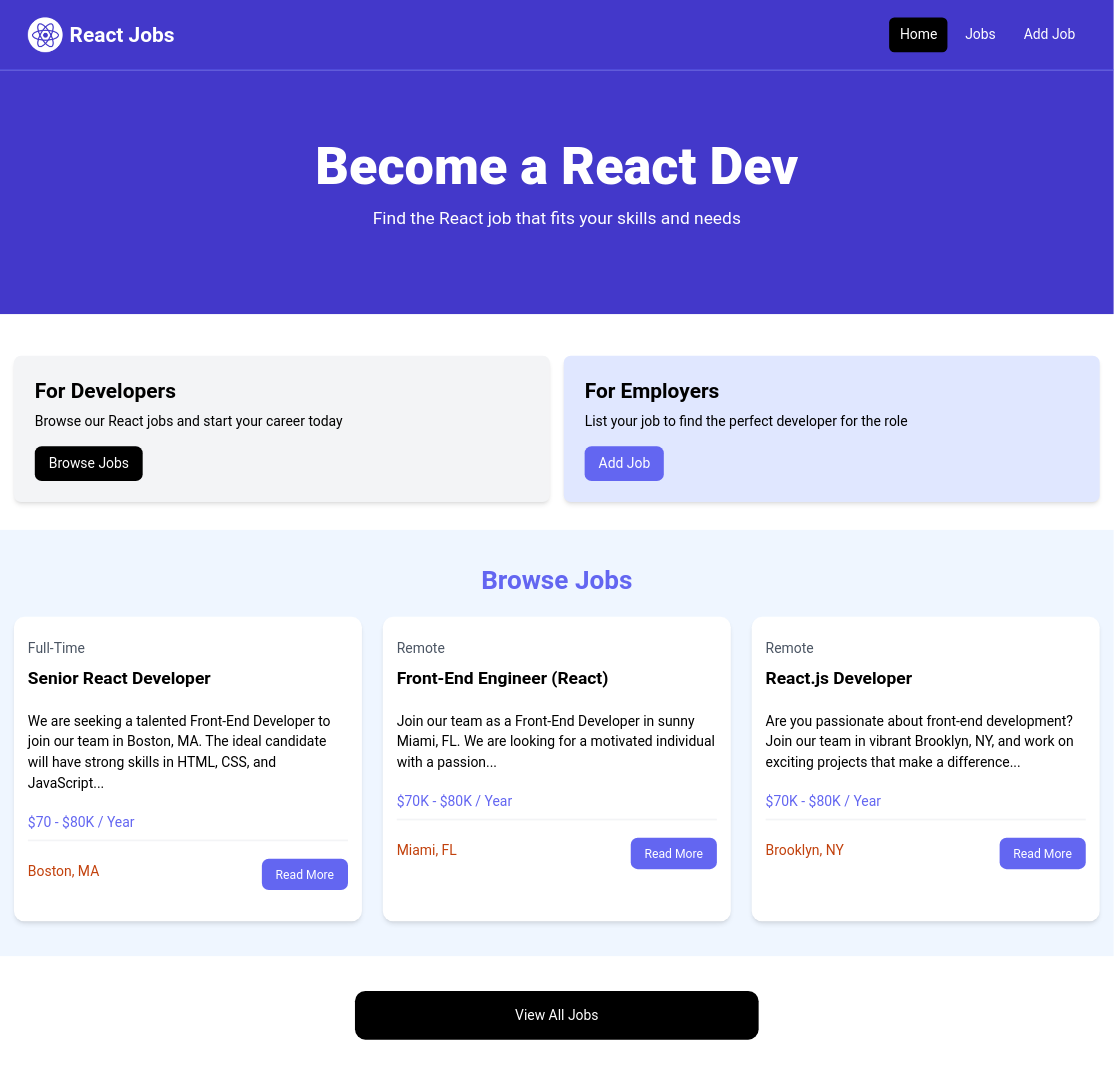
Repository: Geohot-2020/React_setup
Page: / (app in react-crash-2024/)
The author's editor kept a copy of each file at every save. The page is drawn from the files as they stood at one save, then again after the next save.
The browser window is 1280 px wide. The pictures show the whole page, at 87% of full size.
The project was rebuilt for these pictures with package versions that can differ from the ones it lists, and the page was loaded fresh each time. Also part of the build but not shown: react-crash-2024/vite.config.js.

Above is the page before, as saved 2024-11-13 15:21:59.

### react-crash-2024/src/App.jsx
import React from 'react'
import Navbar from './components/Navbar'
import Hero from './components/Hero'
Hero
Navbar
const App = () => {
  return (
    <>
      <Navbar />

      <Hero title="Test Title" subtitle="this is the subtitle"/>

      {/* <!-- Developers and Employers --> */}
      <section className="py-4">
        <div className="container-xl lg:container m-auto">
          <div className="grid grid-cols-1 md:grid-cols-2 gap-4 p-4 rounded-lg">
            <div className="bg-gray-100 p-6 rounded-lg shadow-md">
              <h2 className="text-2xl font-bold">For Developers</h2>
              <p className="mt-2 mb-4">
                Browse our React jobs and start your career today
              </p>
              <a
                href="/jobs.html"
                className="inline-block bg-black text-white rounded-lg px-4 py-2 hover:bg-gray-700"
              >
                Browse Jobs
              </a>
            </div>
            <div className="bg-indigo-100 p-6 rounded-lg shadow-md">
              <h2 className="text-2xl font-bold">For Employers</h2>
              <p className="mt-2 mb-4">
                List your job to find the perfect developer for the role
              </p>
              <a
                href="/add-job.html"
                className="inline-block bg-indigo-500 text-white rounded-lg px-4 py-2 hover:bg-indigo-600"
              >
                Add Job
              </a>
            </div>
          </div>
        </div>
      </section>

      {/* <!-- Browse Jobs --> */}
      <section className="bg-blue-50 px-4 py-10">
        <div className="container-xl lg:container m-auto">
          <h2 className="text-3xl font-bold text-indigo-500 mb-6 text-center">
            Browse Jobs
          </h2>
          <div className="grid grid-cols-1 md:grid-cols-3 gap-6">
            {/* <!-- Job Listing 1 --> */}
            <div className="bg-white rounded-xl shadow-md relative">
              <div className="p-4">
                <div className="mb-6">
                  <div className="text-gray-600 my-2">Full-Time</div>
                  <h3 className="text-xl font-bold">Senior React Developer</h3>
                </div>

                <div className="mb-5">
                  We are seeking a talented Front-End Developer to join our team in Boston, MA. The ideal candidate will have strong skills in HTML, CSS, and JavaScript...
                </div>

                <h3 className="text-indigo-500 mb-2">$70 - $80K / Year</h3>

                <div className="border border-gray-100 mb-5"></div>

                <div className="flex flex-col lg:flex-row justify-between mb-4">
                  <div className="text-orange-700 mb-3">
                    <i className="fa-solid fa-location-dot text-lg"></i>
                    Boston, MA
                  </div>
                  <a
                    href="job.html"
                    className="h-[36px] bg-indigo-500 hover:bg-indigo-600 text-white px-4 py-2 rounded-lg text-center text-sm"
                  >
                    Read More
                  </a>
                </div>
              </div>
            </div>
            {/* <!-- Job Listing 2 --> */}
            <div className="bg-white rounded-xl shadow-md relative">
              <div className="p-4">
                <div className="mb-6">
                  <div className="text-gray-600 my-2">Remote</div>
                  <h3 className="text-xl font-bold">Front-End Engineer (React)</h3>
                </div>

                <div className="mb-5">
                  Join our team as a Front-End Developer in sunny Miami, FL. We are looking for a motivated individual with a passion...
                </div>

                <h3 className="text-indigo-500 mb-2">$70K - $80K / Year</h3>

                <div className="border border-gray-100 mb-5"></div>

                <div className="flex flex-col lg:flex-row justify-between mb-4">
                  <div className="text-orange-700 mb-3">
                    <i className="fa-solid fa-location-dot text-lg"></i>
                    Miami, FL
                  </div>
                  <a
                    href="job.html"
                    className="h-[36px] bg-indigo-500 hover:bg-indigo-600 text-white px-4 py-2 rounded-lg text-center text-sm"
                  >
                    Read More
                  </a>
                </div>
              </div>
            </div>
            {/* <!-- Job Listing 3 --> */}
            <div className="bg-white rounded-xl shadow-md relative">
              <div className="p-4">
                <div className="mb-6">
                  <div className="text-gray-600 my-2">Remote</div>
                  <h3 className="text-xl font-bold">React.js Developer</h3>
                </div>

                <div className="mb-5">
                  Are you passionate about front-end development? Join our team in vibrant Brooklyn, NY, and work on exciting projects that make a difference...
                </div>

                <h3 className="text-indigo-500 mb-2">$70K - $80K / Year</h3>

                <div className="border border-gray-100 mb-5"></div>

                <div className="flex flex-col lg:flex-row justify-between mb-4">
                  <div className="text-orange-700 mb-3">
                    <i className="fa-solid fa-location-dot text-lg"></i>
                    Brooklyn, NY
                  </div>
                  <a
                    href="job.html"
                    className="h-[36px] bg-indigo-500 hover:bg-indigo-600 text-white px-4 py-2 rounded-lg text-center text-sm"
                  >
                    Read More
                  </a>
                </div>
              </div>
            </div>
          </div>
        </div>
      </section>

      <section className="m-auto max-w-lg my-10 px-6">
        <a
          href="jobs.html"
          className="block bg-black text-white text-center py-4 px-6 rounded-xl hover:bg-gray-700"
        >View All Jobs</a
        >
      </section>
    </>
  )
}

export default App

### react-crash-2024/src/components/Navbar.jsx
import React from 'react'
import logo from '../assets/images/logo.png'
const Navbar = () => {
    return (
        <nav className="bg-indigo-700 border-b border-indigo-500">
            <div className="mx-auto max-w-7xl px-2 sm:px-6 lg:px-8">
                <div className="flex h-20 items-center justify-between">
                    <div
                        className="flex flex-1 items-center justify-center md:items-stretch md:justify-start"
                    >
                        {/* <!-- Logo --> */}
                        <a className="flex flex-shrink-0 items-center mr-4" href="/index.html">
                            <img
                                className="h-10 w-auto"
                                src={logo}
                                alt="React Jobs"
                            />
                            <span className="hidden md:block text-white text-2xl font-bold ml-2"
                            >React Jobs</span
                            >
                        </a>
                        <div className="md:ml-auto">
                            <div className="flex space-x-2">
                                <a
                                    href="/index.html"
                                    className="text-white bg-black hover:bg-gray-900 hover:text-white rounded-md px-3 py-2"
                                >Home</a
                                >
                                <a
                                    href="/jobs.html"
                                    className="text-white hover:bg-gray-900 hover:text-white rounded-md px-3 py-2"
                                >Jobs</a
                                >
                                <a
                                    href="/add-job.html"
                                    className="text-white hover:bg-gray-900 hover:text-white rounded-md px-3 py-2"
                                >Add Job</a
                                >
                            </div>
                        </div>
                    </div>
                </div>
            </div>
        </nav>
    )
}

export default Navbar

### react-crash-2024/src/components/Hero.jsx
import React from 'react'

const Hero = (props) => {
    return (
        <section className="bg-indigo-700 py-20 mb-4">
            <div
                className="max-w-7xl mx-auto px-4 sm:px-6 lg:px-8 flex flex-col items-center"
            >
                <div className="text-center">
                    <h1
                        className="text-4xl font-extrabold text-white sm:text-5xl md:text-6xl"
                    >
                        Become a React Dev
                    </h1>
                    <p className="my-4 text-xl text-white">
                        Find the React job that fits your skills and needs
                    </p>
                </div>
            </div>
        </section>
    )
}

export default Hero

### react-crash-2024/tailwind.config.js
/** @type {import('tailwindcss').Config} */
export default {
  content: [
    "./index.html",
    "./src/**/*.{js,ts,jsx,tsx}",
  ],
  theme: {
    extend: {
      fontFamily: {
        sans: ['Roboto', 'sans-serif'],
      },
      gridTemplateColumns: {
        '70/30': '70% 28%',
      },
    },
  },
  plugins: [],
}

Loaded but not shown: react-crash-2024/index.html (common file); react-crash-2024/src/main.jsx (common file); react-crash-2024/src/index.css (common file)

After the next save:
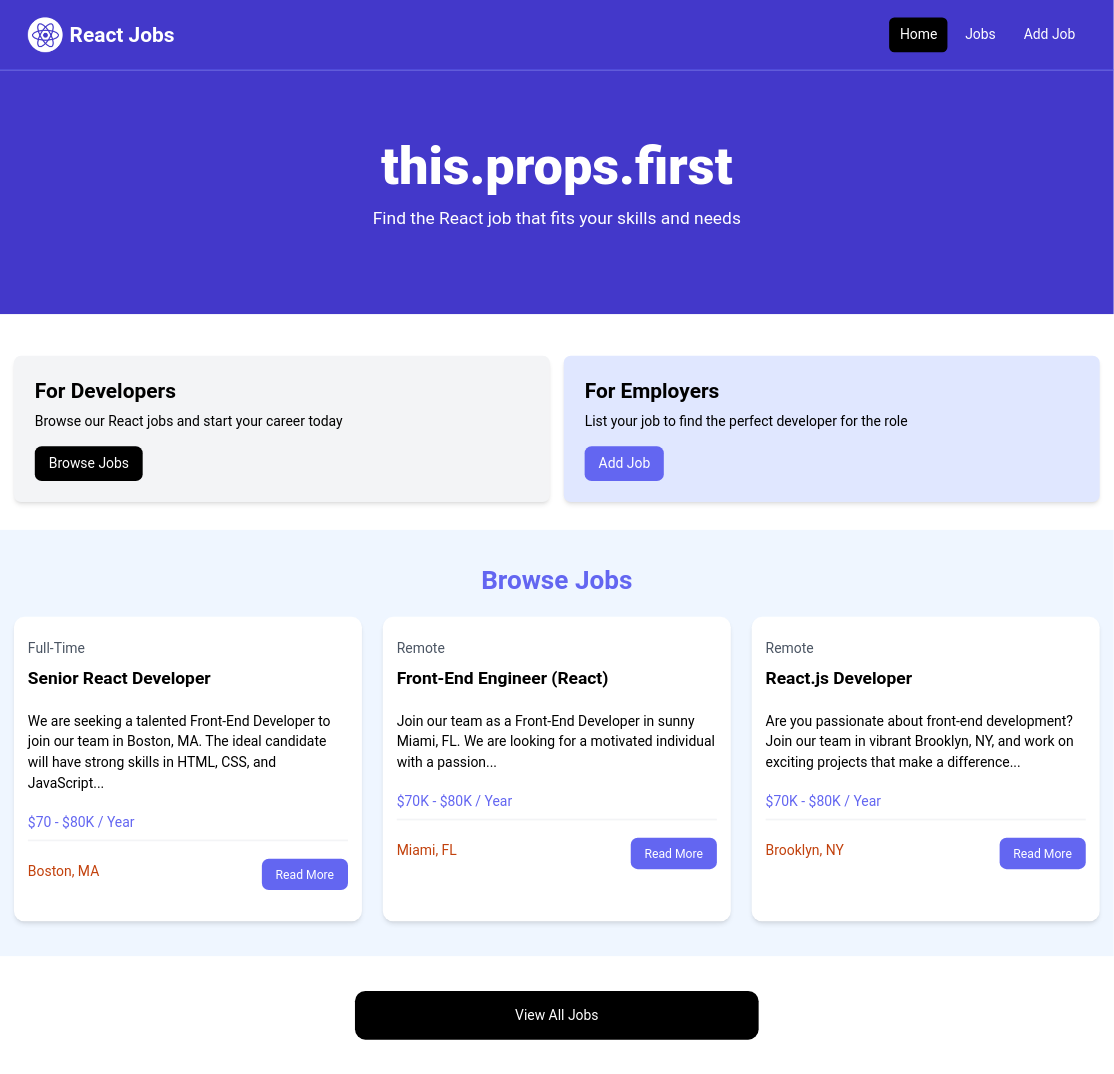
Saved 9 s later.
--- a/react-crash-2024/src/components/Hero.jsx
+++ b/react-crash-2024/src/components/Hero.jsx
@@ -10,7 +10,7 @@ const Hero = (props) => {
                     <h1
                         className="text-4xl font-extrabold text-white sm:text-5xl md:text-6xl"
                     >
-                        Become a React Dev
+                        this.props.first
                     </h1>
                     <p className="my-4 text-xl text-white">
                         Find the React job that fits your skills and needs
